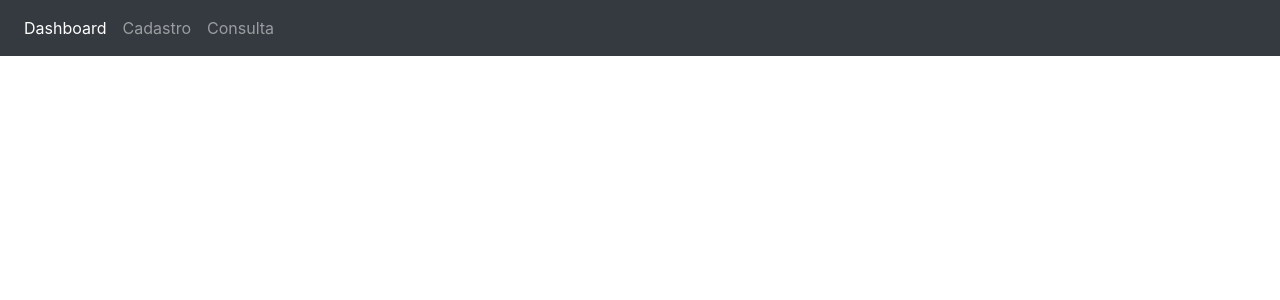
Repository: gabrielfeliphe/AssistenciaTecnica
Page: PI-AssistenciaTecnica/WebContent/pages/recepcao.html
The author's editor kept a copy of each file at every save. The page is drawn from the files as they stood at one save, then again after the next save.
The browser window is 1280 px wide. The pictures show the whole page.
Some web libraries are served in a nearby version.

Above is the page before, as saved 2021-10-09 00:29:05.
Console error: TypeError: Cannot read properties of undefined (reading 'fn')

After the next save:
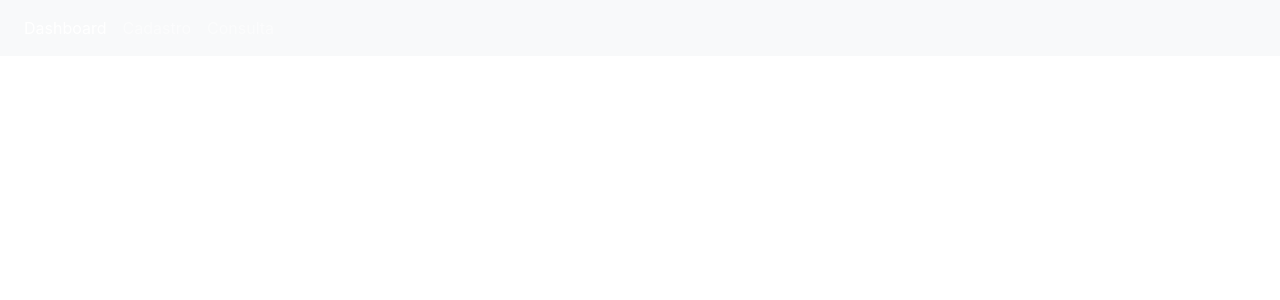
Saved 82 s later.
--- a/PI-AssistenciaTecnica/WebContent/pages/recepcao.html
+++ b/PI-AssistenciaTecnica/WebContent/pages/recepcao.html
@@ -11,7 +11,7 @@
 </head>
 <body>
 
-<nav class="navbar navbar-expand-lg navbar-dark bg-dark ">
+<nav class="navbar navbar-expand-lg navbar-dark bg-light ">
   <button class="navbar-toggler" type="button" data-toggle="collapse" data-target="#navbarNav" aria-controls="navbarNav" aria-expanded="false" aria-label="Toggle navigation">
     <span class="navbar-toggler-icon"></span>
   </button>

After the save that followed:
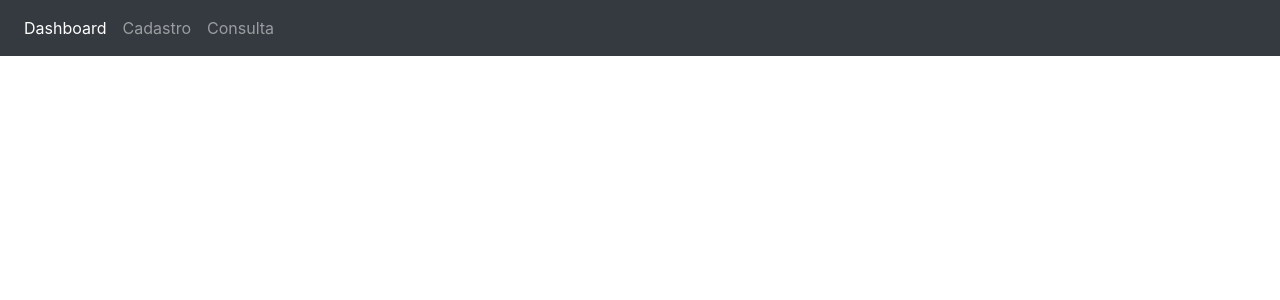
Saved 5 s later.
--- a/PI-AssistenciaTecnica/WebContent/pages/recepcao.html
+++ b/PI-AssistenciaTecnica/WebContent/pages/recepcao.html
@@ -11,7 +11,7 @@
 </head>
 <body>
 
-<nav class="navbar navbar-expand-lg navbar-dark bg-light ">
+<nav class="navbar navbar-expand-lg navbar-dark bg-dark ">
   <button class="navbar-toggler" type="button" data-toggle="collapse" data-target="#navbarNav" aria-controls="navbarNav" aria-expanded="false" aria-label="Toggle navigation">
     <span class="navbar-toggler-icon"></span>
   </button>
